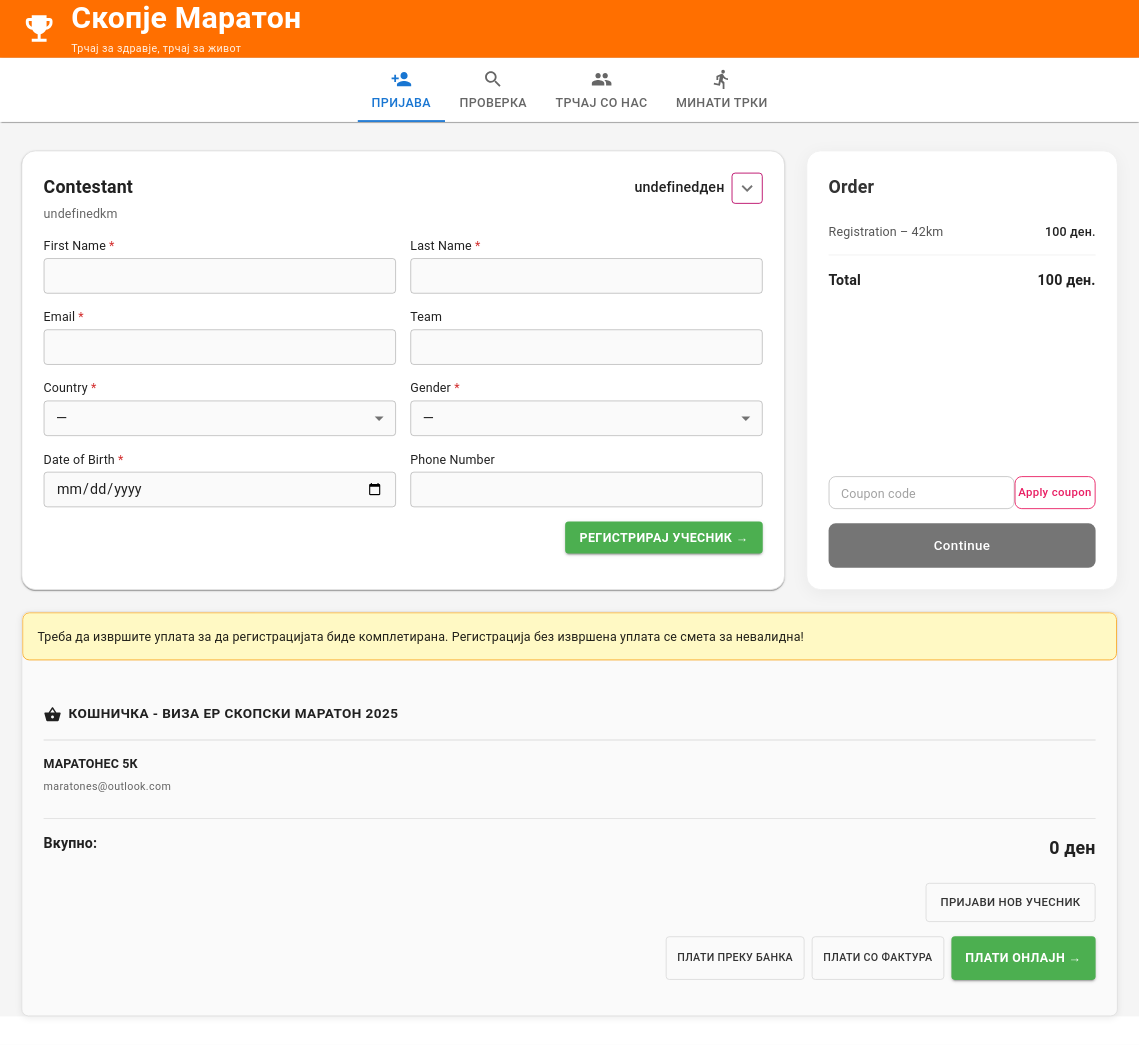
Repository: ilijana123/skopje_marathon_frontend
Page: /
The author's editor kept a copy of each file at every save. The page is drawn from the files as they stood at one save, then again after the next save.
The browser window is 1280 px wide. The pictures show the whole page, at 89% of full size.
The page's requests for data from a server got no answer. The project was rebuilt for these pictures with package versions that can differ from the ones it lists, and the page was loaded fresh each time. No one was signed in, and anything a server would have sent is missing. Also part of the build but not shown: vite.config.ts, src/components/CheckStatusTab.tsx, src/components/ContestantTab.styles.ts, src/components/ContestantsTab.tsx, src/components/RacesTab.tsx, src/components/PaymentForm.styles.ts, src/components/PaymentForm.tsx.

Above is the page before, as saved 2026-01-16 03:10:00.

After the next save:
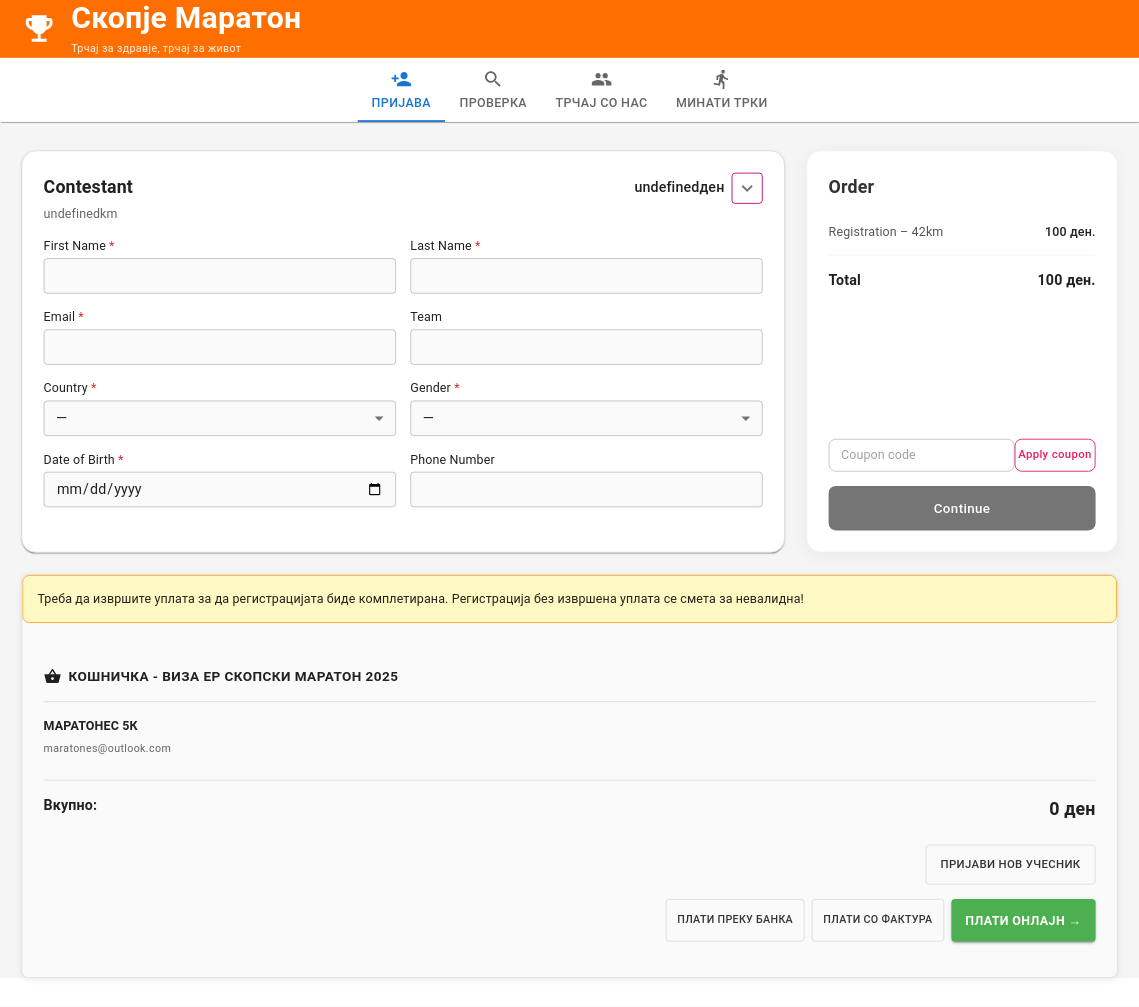
Saved 54 s later.
--- a/src/components/RegisterTab.tsx
+++ b/src/components/RegisterTab.tsx
@@ -9,9 +9,11 @@
 import { Error, CheckCircle, KeyboardArrowDown, Delete } from '@mui/icons-material';
 import { Category, FormData } from '../types';
 import { fetchCategoriesWithErrorHandling } from '../services/categoryService';
+import { calculateAge, validateForm } from '../services/registrationService';
 import { useEffect, useState } from 'react';
 import {
   FormCard,
+  CardContentWrapper,
   HeaderBox,
   ContestantTitle,
   DistanceText,
@@ -28,8 +30,6 @@
   RemoveButton,
   CategoryMenuItemBox,
   CategoryTypeText,
-  RegisterContestantButton,
-  RegisterContestantButtonBox,
 } from './RegisterTab.styles';
 
 interface RegisterTabProps {
@@ -269,6 +269,7 @@
               onChange={(e) => setFormData({ ...formData, phone: e.target.value })}
             />
           </FieldBox>
+
           {formError && (
             <AlertBox>
               <Alert severity="error" icon={<Error />}>
@@ -298,13 +299,6 @@
             </RemoveButtonBox>
           )}
         </FormGrid>
-        <RegisterContestantButtonBox>
-          <RegisterContestantButton
-              variant="contained"
-          >
-          РЕГИСТРИРАЈ УЧЕСНИК →
-          </RegisterContestantButton>
-        </RegisterContestantButtonBox>
       </CardContent>
     </FormCard>
   );

After the save that followed:
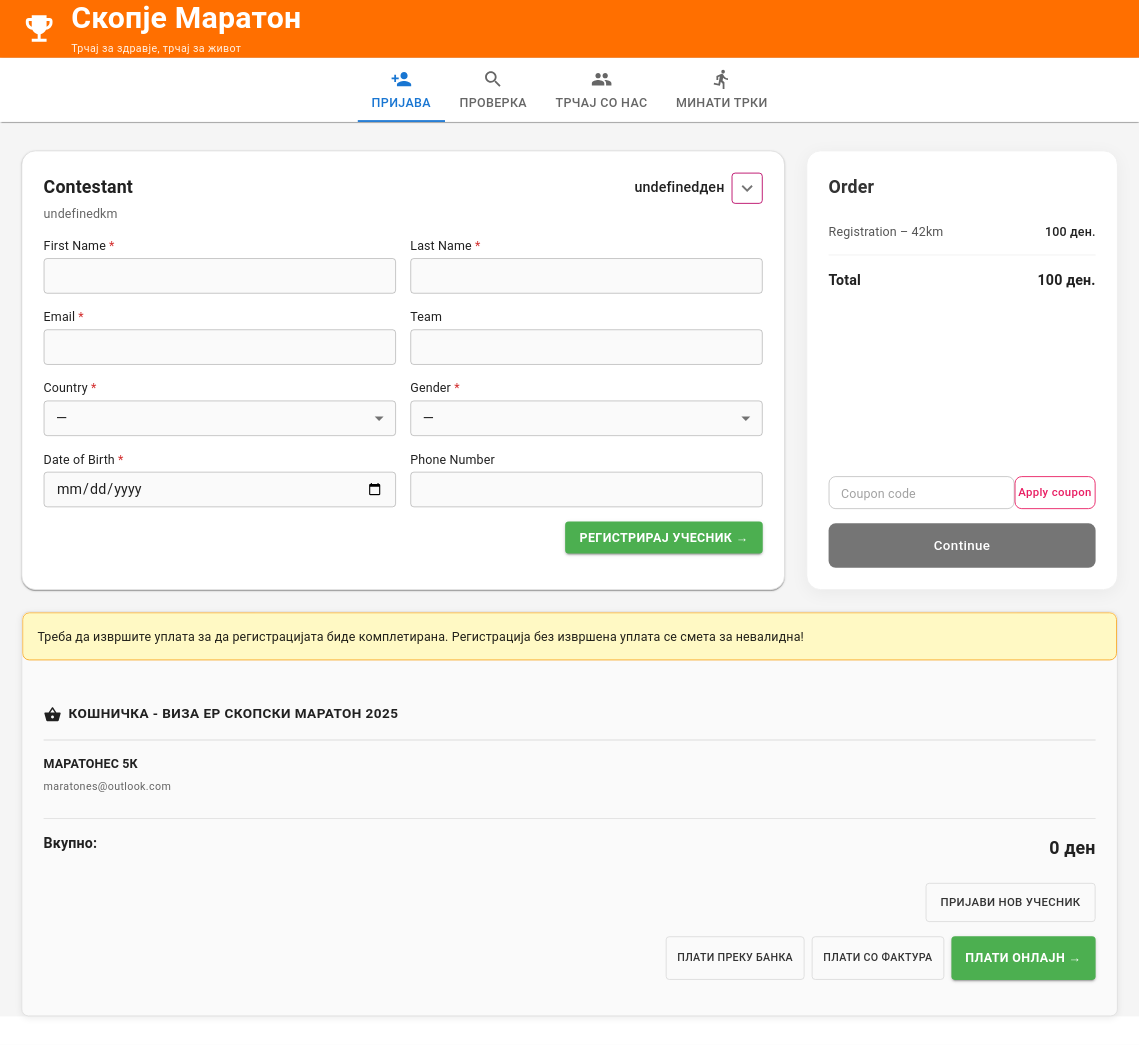
Saved 102 s later.
--- a/src/components/RegisterTab.tsx
+++ b/src/components/RegisterTab.tsx
@@ -9,11 +9,9 @@
 import { Error, CheckCircle, KeyboardArrowDown, Delete } from '@mui/icons-material';
 import { Category, FormData } from '../types';
 import { fetchCategoriesWithErrorHandling } from '../services/categoryService';
-import { calculateAge, validateForm } from '../services/registrationService';
 import { useEffect, useState } from 'react';
 import {
   FormCard,
-  CardContentWrapper,
   HeaderBox,
   ContestantTitle,
   DistanceText,
@@ -30,6 +28,8 @@
   RemoveButton,
   CategoryMenuItemBox,
   CategoryTypeText,
+  RegisterContestantButton,
+  RegisterContestantButtonBox,
 } from './RegisterTab.styles';
 
 interface RegisterTabProps {
@@ -269,7 +269,6 @@
               onChange={(e) => setFormData({ ...formData, phone: e.target.value })}
             />
           </FieldBox>
-
           {formError && (
             <AlertBox>
               <Alert severity="error" icon={<Error />}>
@@ -299,6 +298,13 @@
             </RemoveButtonBox>
           )}
         </FormGrid>
+        <RegisterContestantButtonBox>
+          <RegisterContestantButton
+              variant="contained"
+          >
+          РЕГИСТРИРАЈ УЧЕСНИК →
+          </RegisterContestantButton>
+        </RegisterContestantButtonBox>
       </CardContent>
     </FormCard>
   );
